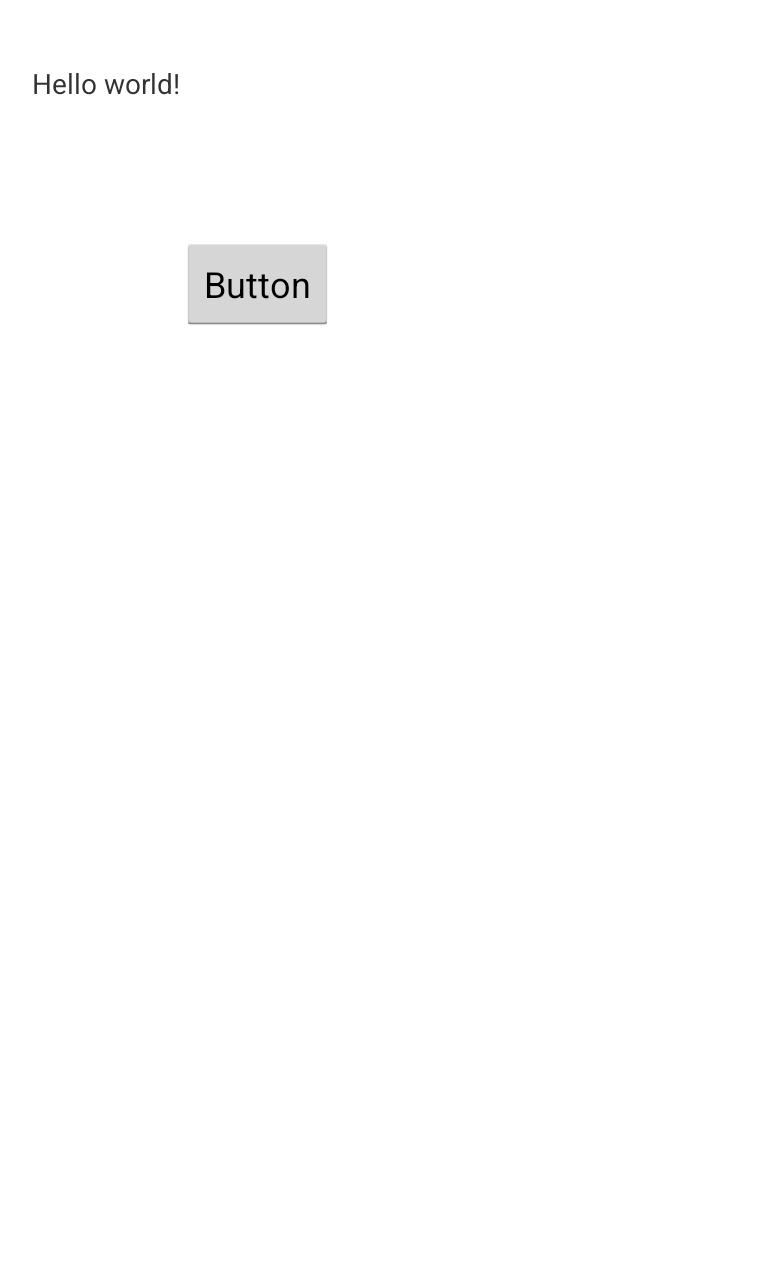
Repository: zjuapp/App
Layout: BaiduMap/res/layout/activity_main.xml
The author's editor kept a copy of each file at every save. The layout is drawn from the files as they stood at one save, then again after a run of saves.
It is drawn on a 768 x 1280 px phone screen (xhdpi) without system bars, with theme AppTheme; the app's code is not run.

Above is the layout before, as saved 2013-11-12 08:33:50.

### BaiduMap/res/layout/activity_main.xml
<LinearLayout xmlns:android="http://schemas.android.com/apk/res/android"
    xmlns:tools="http://schemas.android.com/tools"
    android:layout_width="match_parent"
    android:layout_height="match_parent"
    android:paddingBottom="@dimen/activity_vertical_margin"
    android:paddingLeft="@dimen/activity_horizontal_margin"
    android:paddingRight="@dimen/activity_horizontal_margin"
    android:paddingTop="@dimen/activity_vertical_margin"
    tools:context=".MainActivity" >

    <TextView
        android:id="@+id/textView2"
        android:layout_width="wrap_content"
        android:layout_height="wrap_content"
        android:layout_alignParentRight="true"
        android:text="@string/hello_world" />

    <Button
        android:id="@+id/button1"
        android:layout_width="wrap_content"
        android:layout_height="wrap_content"
        android:layout_below="@+id/textView2"
        android:layout_centerHorizontal="true"
        android:layout_marginTop="102dp"
        android:text="Button" />

</LinearLayout>

### BaiduMap/res/values/strings.xml
<?xml version="1.0" encoding="utf-8"?>
<resources>

    <string name="app_name">BaiduMap</string>
    <string name="action_settings">Settings</string>
    <string name="hello_world">Hello world!</string>

</resources>

Loaded but not shown: BaiduMap/res/values/styles.xml (common file); BaiduMap/res/values-v11/styles.xml (common file); BaiduMap/res/values-v14/styles.xml (common file); BaiduMap/res/values/dimens.xml (common file)

After the next 2 saves:
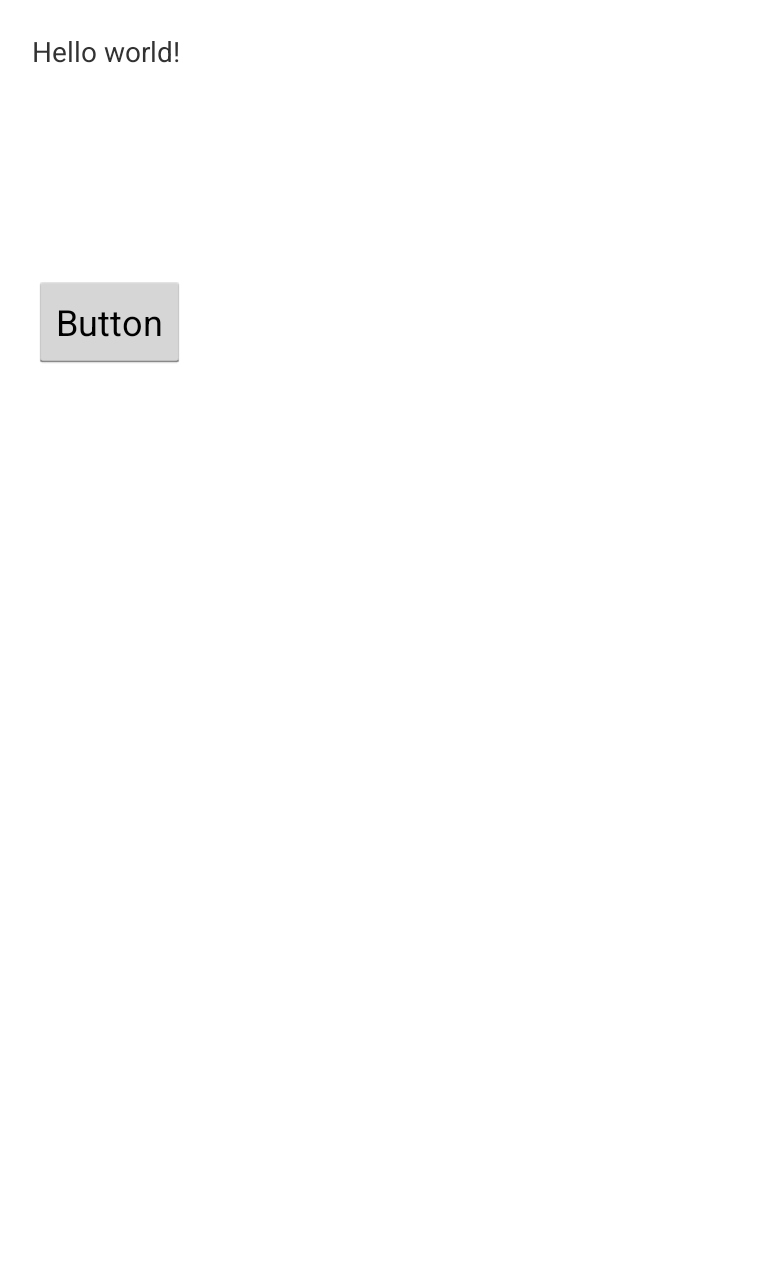
The 2 saves are shown as one change because 1 did not build or start.
The last was saved 59 s later.
--- a/BaiduMap/res/layout/activity_main.xml
+++ b/BaiduMap/res/layout/activity_main.xml
@@ -6,6 +6,7 @@
     android:paddingLeft="@dimen/activity_horizontal_margin"
     android:paddingRight="@dimen/activity_horizontal_margin"
     android:paddingTop="@dimen/activity_vertical_margin"
+    android:orientation="vertical"
     tools:context=".MainActivity" >
 
     <TextView
@@ -19,8 +20,6 @@
         android:id="@+id/button1"
         android:layout_width="wrap_content"
         android:layout_height="wrap_content"
-        android:layout_below="@+id/textView2"
-        android:layout_centerHorizontal="true"
         android:layout_marginTop="102dp"
         android:text="Button" />
 
